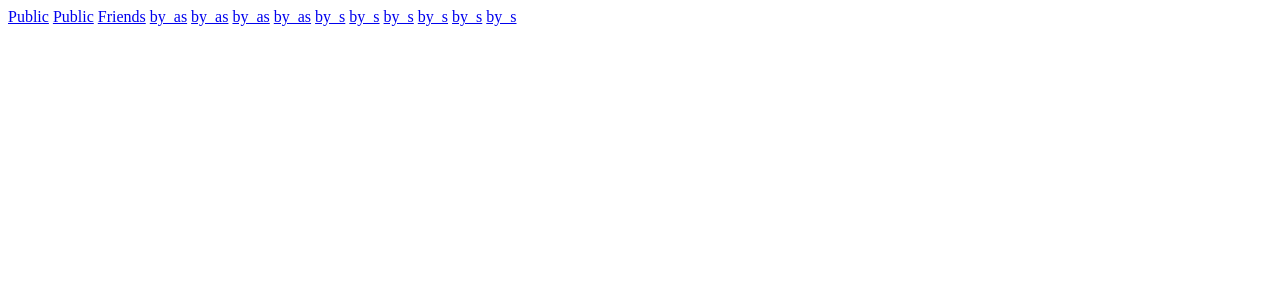
Repository: KHANas02/live-stream
Page: blog.html
An editor plug-in stored every save of this project. The page is shown before and after a run of saves, followed by the edit.
The browser window is 1280 px wide. The pictures show the whole page.

Above is the page before, as saved 2024-03-25 08:17:08.

After the next 2 saves:
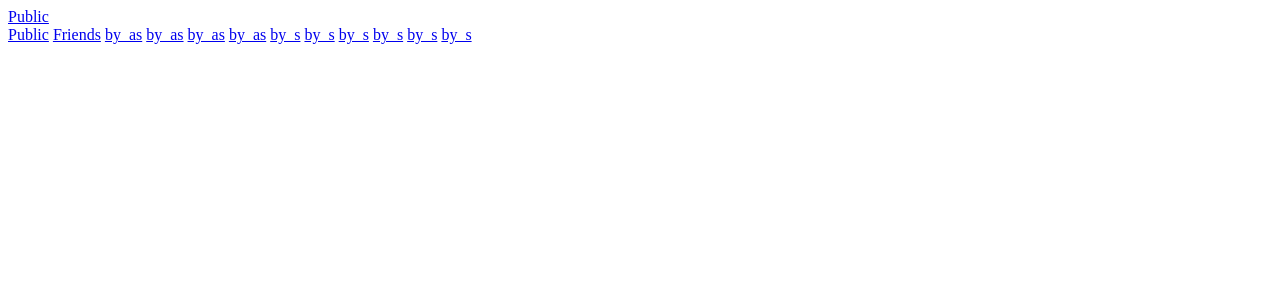
The 2 saves are shown as one change because they came seconds apart.
The last was saved 49 s later.
--- a/blog.html
+++ b/blog.html
@@ -6,7 +6,7 @@
     <link rel="stylesheet" href="./index.html">
   </head>
   <body>
-    <a target="_blank" href="https://t.me/maso_kartinochki">Public</a>
+    <a target="_blank" href="https://t.me/maso_kartinochki">Public</a><br>
 <a target="_blank"  href="https://t.me/englify_asp">Public</a>
 <a target="_blank"  href="https://t.me/english_free_class">Friends</a>
 <a target="_blank"  href="https://t.me/asa_blog">by_as</a>
